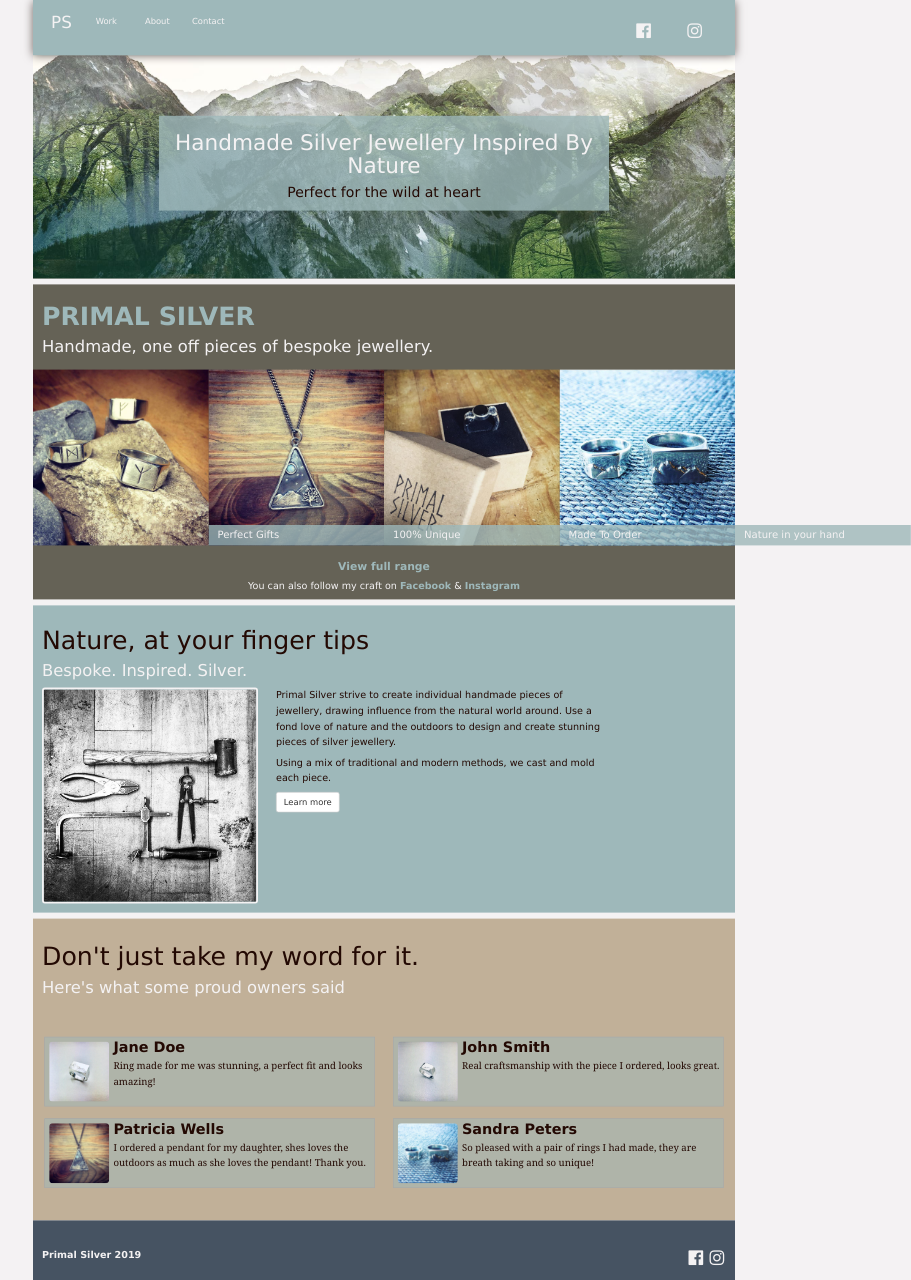
Repository: SamuelWatson89/primal-silver
Page: index.html
The author's editor kept a record of every edit. The page is drawn from the files as they stood at one moment, then again after the next edit.
The browser window is 1280 px wide. The page is 1518 px wide, so the pictures cover 1518 px, including what lies to the right of the window. The pictures show the whole page, at 60% of full size.
Some web libraries are served in a nearby version.

Above is the page before.

After the next edit:
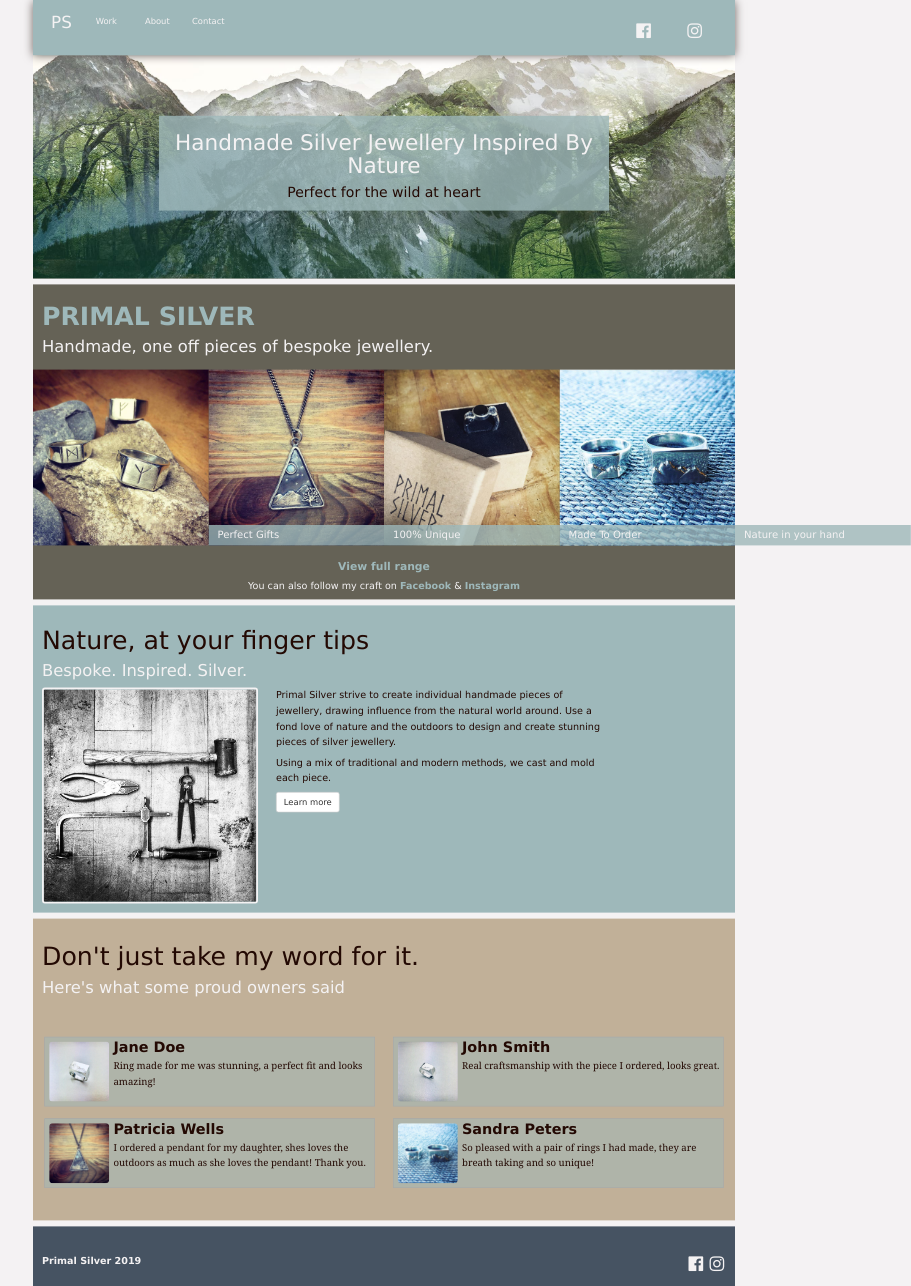
The edit:
--- a/css/style.css
+++ b/css/style.css
@@ -245,6 +245,7 @@
 /* Testimonials */
 
 .testimonial {
+    margin-bottom: 10px;
     background-color: rgb(193, 176, 152);
     padding-top: 20px;
     padding-bottom: 20px;
